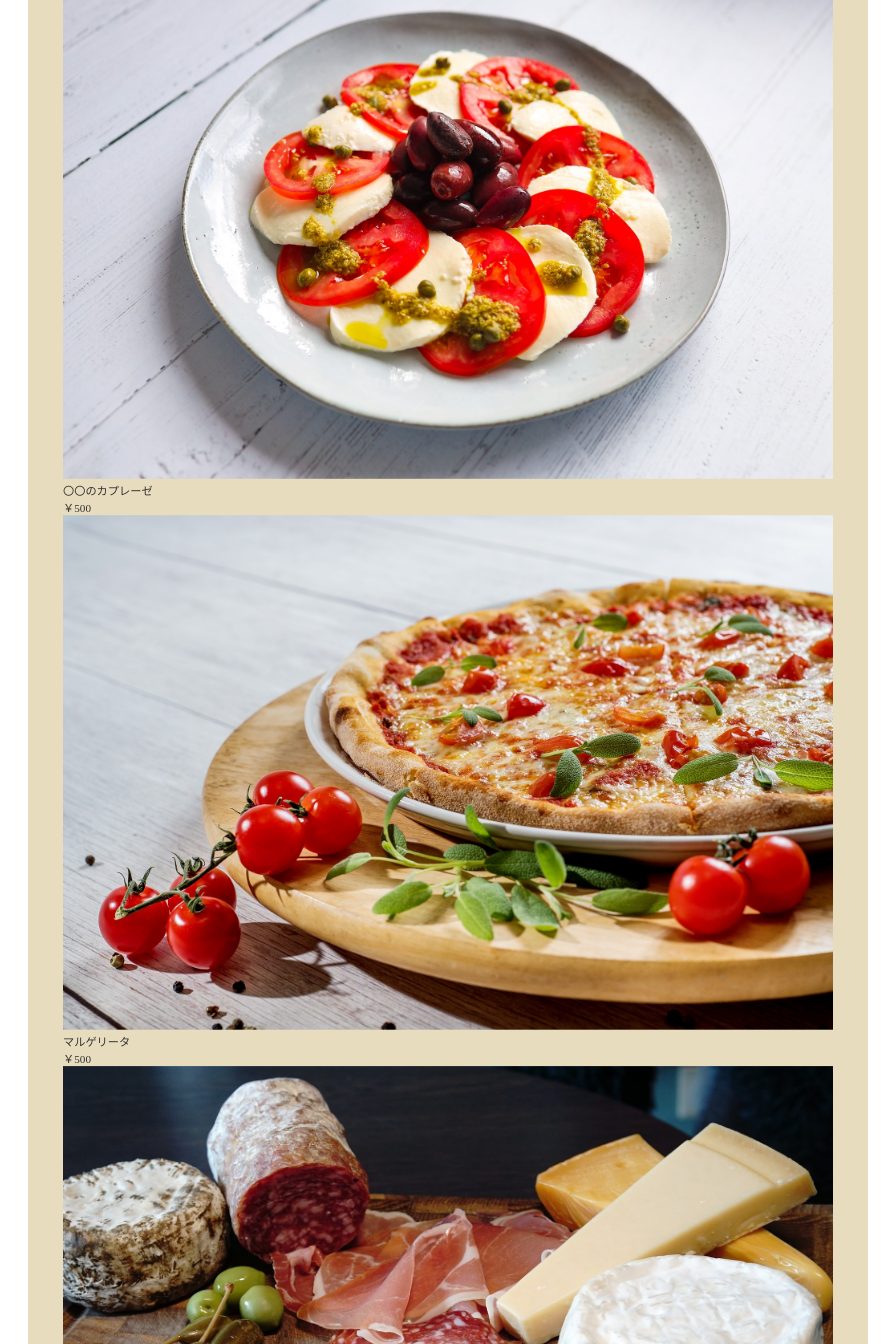
Repository: konatsu-0806/demo-site
Page: FromFigma/index.html
The author's editor kept a copy of each file at every save. The page is drawn from the files as they stood at one save, then again after the next save.
The browser window is 1280 px wide. The pictures show the part of the page from y = 4580 to 6500 px (the page is 7699 px tall before and 7675 px after), at 70% of full size.

Above is the page before, as saved 2023-02-13 17:24:50.

After the next save:
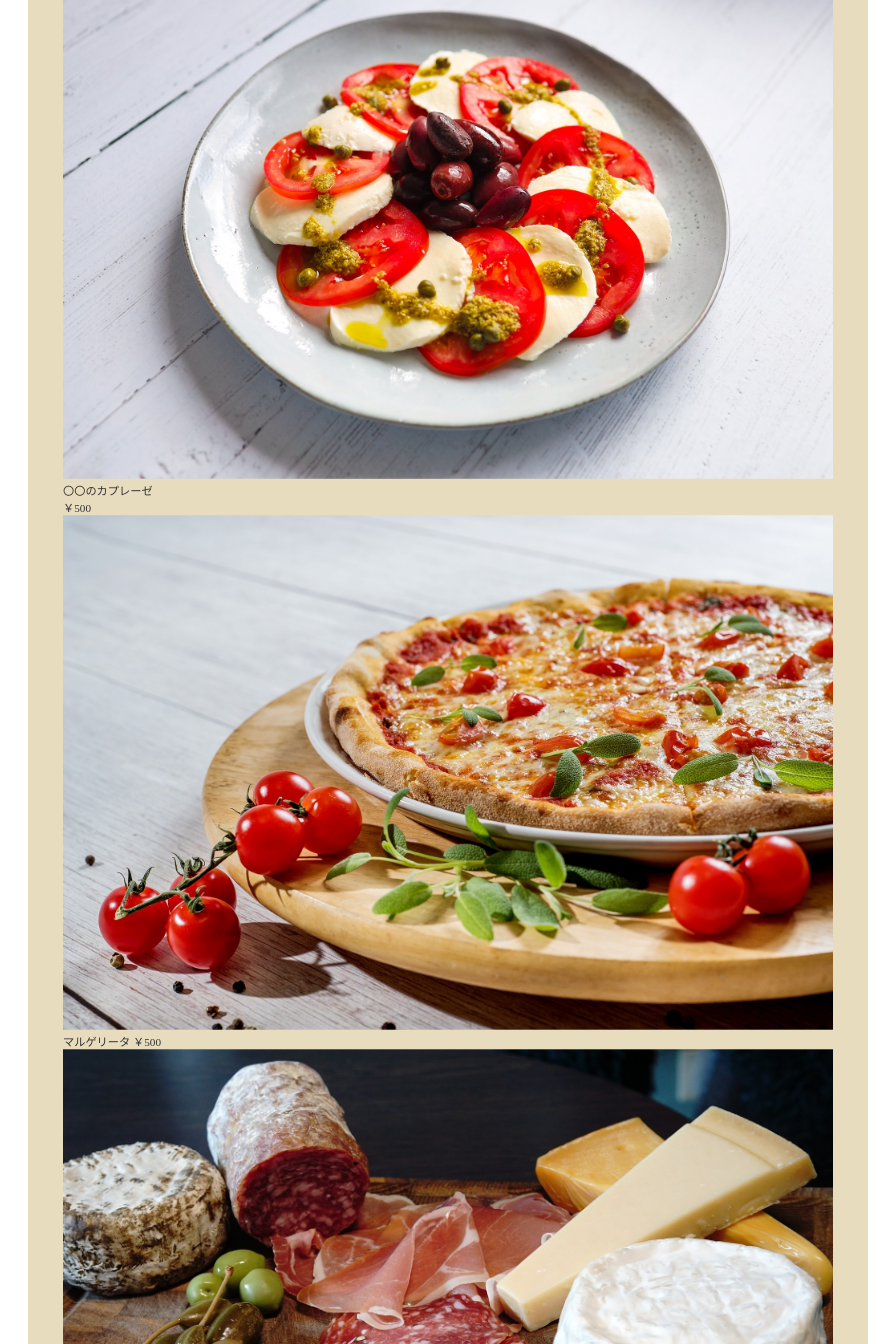
Saved 8 s later.
--- a/FromFigma/index.html
+++ b/FromFigma/index.html
@@ -160,8 +160,8 @@
     </div>
     <div class="dish3">
       <img src="img/pizza-gff7141cbc_1920.jpg" alt="">
-      <p>マルゲリータ</p>
-      <p class="price">￥500</p>
+      <p>マルゲリータ
+        ￥500</p>
     </div>
     <div class="flex">
       <div class="dish4">

After the 3 saves that followed:
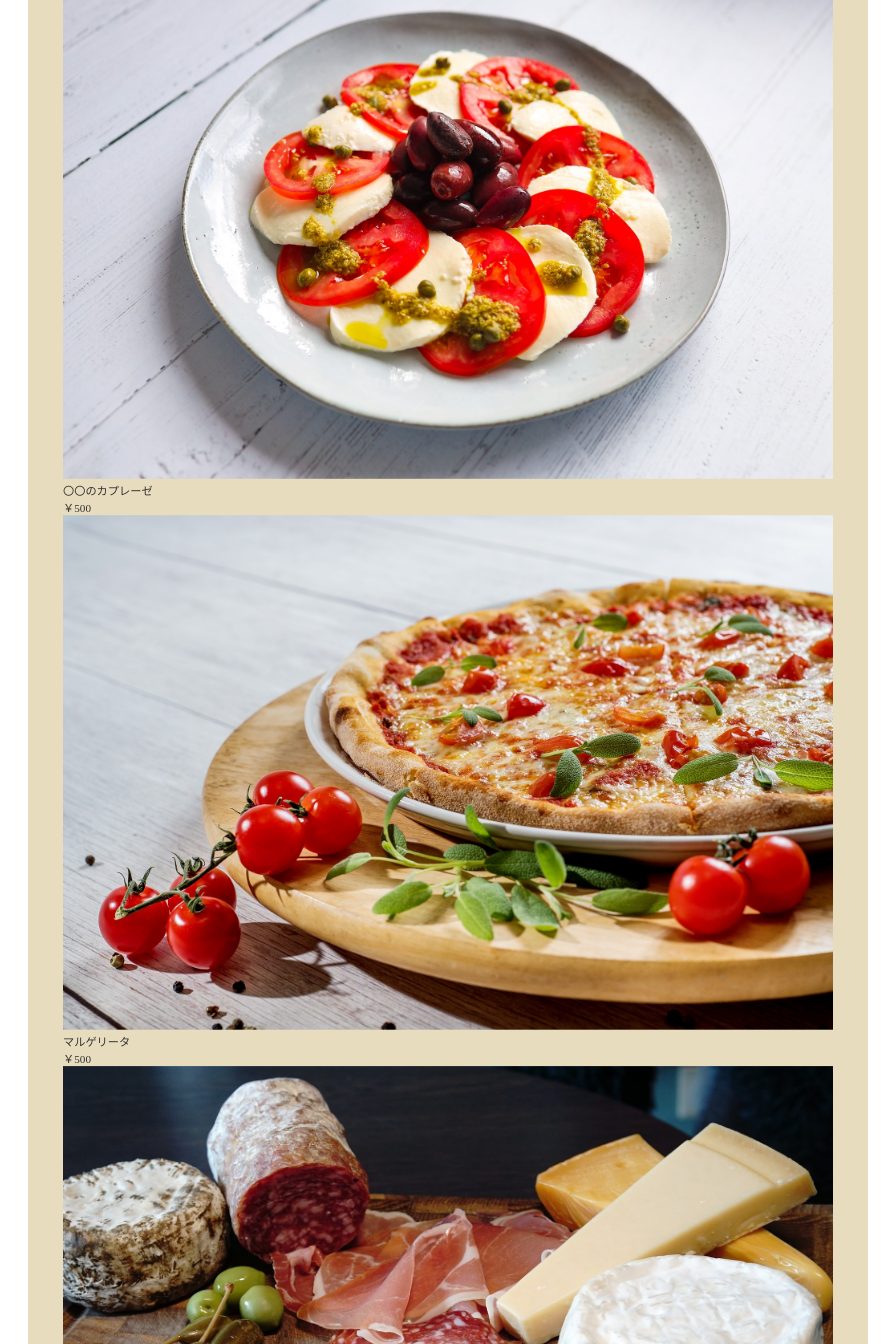
The 3 saves are shown as one change because they came seconds apart.
The last was saved 7 s later.
--- a/FromFigma/index.html
+++ b/FromFigma/index.html
@@ -160,7 +160,7 @@
     </div>
     <div class="dish3">
       <img src="img/pizza-gff7141cbc_1920.jpg" alt="">
-      <p>マルゲリータ
+      <p>マルゲリータ<br />
         ￥500</p>
     </div>
     <div class="flex">
